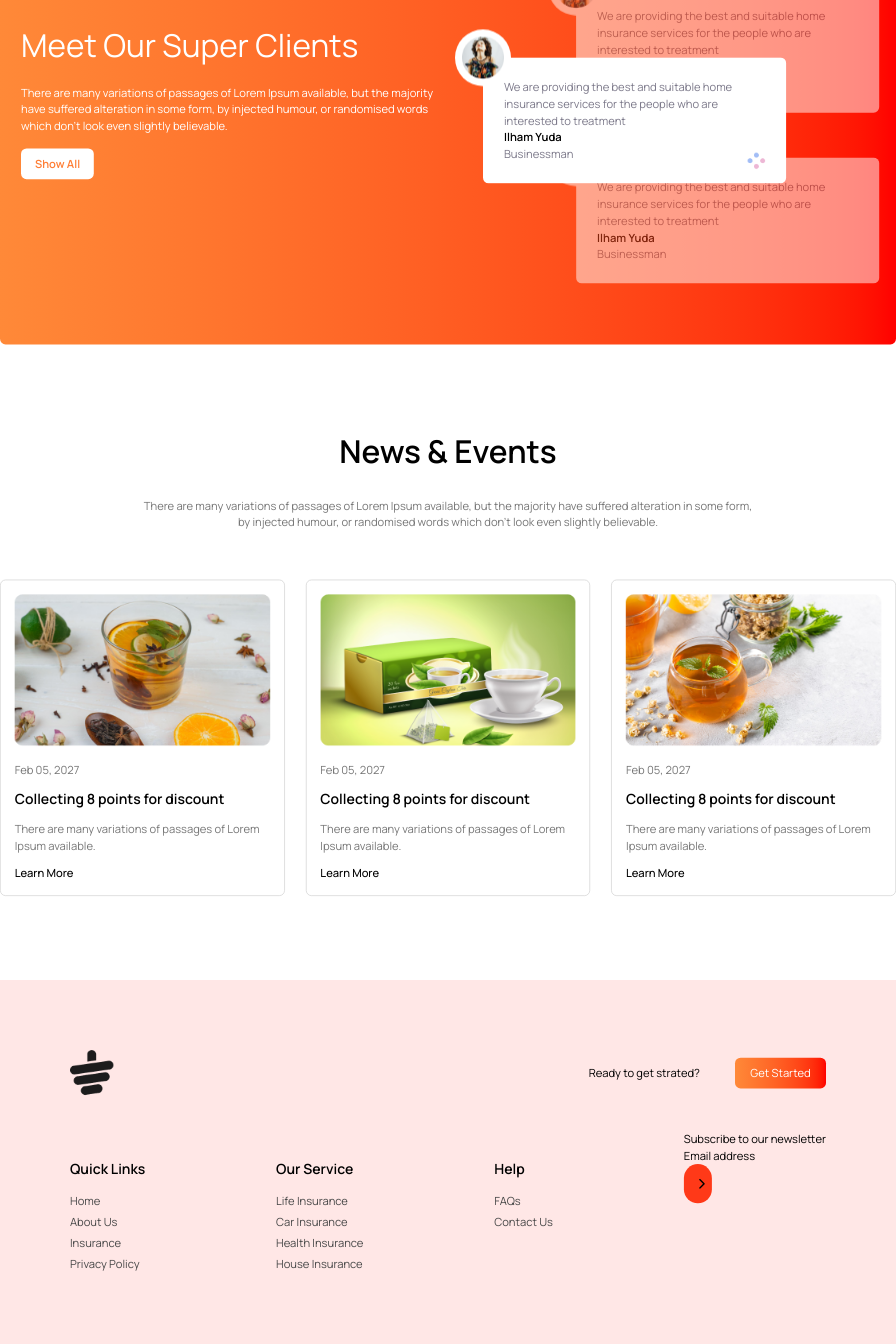
Repository: nahid-hasann/website-9
Page: index.html
These files come from the project's save history. The page is drawn as it stood at one moment and after a run of saves; the edit follows.
The browser window is 1280 px wide. The pictures show the part of the page from y = 2210 to 4130 px (the page is 4130 px tall), at 70% of full size.
Some web libraries are served in a nearby version.

Above is the page before, as saved 2025-08-17 21:44:14.

### index.html
<!DOCTYPE html>
<html lang="en">
<head>
    <meta charset="UTF-8">
    <meta name="viewport" content="width=device-width, initial-scale=1.0">
    <title>Tea House</title>
    <script src="https://cdn.jsdelivr.net/npm/@tailwindcss/browser@4"></script>
    <link rel="stylesheet" href="style.css">
    <link rel="stylesheet" href="https://cdnjs.cloudflare.com/ajax/libs/font-awesome/7.0.0/css/all.min.css" integrity="sha512-DxV+EoADOkOygM4IR9yXP8Sb2qwgidEmeqAEmDKIOfPRQZOWbXCzLC6vjbZyy0vPisbH2SyW27+ddLVCN+OMzQ==" crossorigin="anonymous" referrerpolicy="no-referrer" />

</head>
<body class="manrope-font">

<section class="banner-main-section max-w-[1300px]  flex flex-col md:flex-row  mx-auto  justify-between items-center">
    <div class="left-div">
        <h1 class="md:text-[80px] font-semibold text-[40px]">It's good <br> tea time at The <br> Tea House</h1>
        <p class="text-[18px] text-[#777777]">Tea and Botanical Solutions Supplier Give Optimum <br> Satisfaction To Your Taste Buds.</p>
        <button class="bg-[#ff2710] text-[#fff3f1] btn-1 bg-gradient-to-r from-[#FF8938] to-[#FF0000]">Explor More <i class="fa-solid fa-arrow-right -rotate-45"></i> </button>
    </div>
    <div class="right-div relative">
        <img src="images/banner.png" alt="">
        <div class="ratting bg-[#ffffff] shadow-2xl flex gap-2 items-center w-[230px] justify-center py-[15px] absolute bottom-[25px] left-[110px] rounded-[8px]">
              <div>
                <i class="fa-solid fa-star text-yellow-500 text-[23px]"></i>
              </div>
              <div>
                <h1 class="font-bold text-[23px]">5.00</h1>
                <p class="text-[#777777]">Trust Pilot Ratings</p>
              </div>
        </div>
    </div>
</section>

<section class="featured-section max-w-[1300px]  mx-auto my-[120px]">
     <div class="futured-text">
         <h1 class="md:text-[45px] text-[30px] font-semibold text-center">Our Featured Products</h1>
         <p class="text-[16px] text-[#777777] text-center my-[20px] md:w-[900px] mx-auto">There are many variations of passages of Lorem Ipsum available, but the majority have suffered alteration in some form, by injected humour, or randomised words which don't look even slightly believable. </p>
     </div>
     <div class="product-card flex flex-col md:flex-row gap-[30px] justify-center items-center ">
        <div class="card">
             <img src="images/tea-1.png" alt="">
             <h1>Milk Tea</h1>
             <p>Creamer could be replaced by fresh milk</p>
        </div>
        <div class="card">
             <img src="images/tea-2.png" alt="">
             <h1>Black Tea</h1>
             <p>Creamer could be replaced by fresh milk</p>
        </div>
        <div class="card">
             <img src="images/tea-3.png" alt="">
             <h1>Lemon Tea</h1>
             <p>Creamer could be replaced by fresh milk</p>
        </div>
        <div class="card">
             <img src="images/tea-4.png" alt="">
             <h1>Green Tea</h1>
             <p>Creamer could be replaced by fresh milk</p>
        </div>
     </div>
</section>

<section class="great-tea-section max-w-[1300px] mx-auto mb-[120px]">
    <div class="great-tea-main-section flex flex-col justify-center items-center md:flex-row gap-[50px]">
        <div class="div-left grid grid-cols-1 md:grid-cols-2  grid-rows-3 gap-[50px] max-w-[50%] ">
             <div class="grid-layout  bg-gradient-to-r from-[#ffe7e6] to-[#fff3eb] rounded-lg"></div>
             <div class="grid-layout row-span-2 bg-[#eef1eb] p-5 flex justify-center items-center rounded-lg">
                <img src="images/fresh-2.png" alt=""></div>
             <div class="grid-layout row-span-2 bg-[#fcf6e9] p-5 flex justify-center items-center rounded-lg" >
                <img src="images/fresh-1.png" alt=""></div>
             <div class="grid-layout bg-gradient-to-r from-[#D9D9D9] to-[#FFFFFF] rounded-lg"></div>
        </div>
        <div class="div-right max-w-[50%]">
           <h1 class="text-[45px] font-semibold text-center md:text-left">Great Tea, Freshly <br> Presented</h1>
           <p class="text-[16px] text-[#777777] my-[17px] text-center md:text-left">The meaning of gong cha is chanese is to provide the best tea to emperor from all possessions . It represents the highest quality and self expectation. Establishing in 2006, Gong cha had been deeply appreciated by its custoers  because of good words of mouth and unique customized service orginated from Taiwan.</p>
           <h4 class="text-[20px ] font-semibold mb-[14px] text-center md:text-left">Unique Taste</h4>
           <p class="mb-[17px] text-[#777777] text-center md:text-left">A Unique and different style from other teapots gives a <br> luxurious and minimalist impression</p>
           <h4 class="text-[20px ] font-semibold mb-[14px] text-center md:text-left">Premium Quality</h4>
           <p class="text-[#777777] text-center md:text-left">Premium Quality that makes tea more elegant and more <br> durable when you use it.</p>
        </div>
    </div>
</section>

<section class="review-section max-w-[1300px] bg-gradient-to-r from-[#FF8938] to-[#FF0000] mx-auto p-[30px] rounded-lg mb-[120px]  md:max-h-[650px] h-[1000px]">
     <div class="review-section-main-div grid grid-cols-1 md:grid-cols-2 ">
        <div class="left-review-text md:my-[160px] my-[20px]">
         <h1 class=" text-[45px] text-white md:text-left text-center">Meet Our Super Clients</h1>
         <p class="text-[16px] text-white my-[30px] md:my-[20px] md:text-left text-center">There are many variations of passages of Lorem Ipsum available, but the majority have suffered alteration in some form, by injected humour, or randomised words which don't look even slightly believable. </p>
         <button class="btn-2 bg-white text-[#ff7d33] py-[10px] px-[20px] rounded-lg font-semibold md:ml-0 ml-[155px]"> Show All </button>
        </div>
        <div class="right-review-card relative grid items-center justify-center">
            <div class="review-card bg-white p-[30px] top-[210px]  left-[50px] md:max-w-[433px]  w-[70vw] absolute grid justify-center items-center rounded-lg z-999">
                <p class="text-[#7c798a]">We are providing the best and suitable home insurance services for the people who are interested to treatment</p>
            <h4 class="font-semibold">Ilham Yuda</h4>
            <p class="text-[#7c798a]">Businessman</p>
            <div class="review-img absolute -top-[40px] -left-[40px] bg-white p-[10px] rounded-[50%]">
                <img src="images/client.png" alt="">
            </div>
            <img src="images/circles.png" class="absolute right-[30px] bottom-[20px]" alt="">
            </div>
            <div class="review-card bg-white p-[30px] md:max-w-[433px] w-[70vw]  absolute grid justify-center items-center rounded-lg md:top-[20%] md:left-[30%] opacity-[0.5] top-[-40px] left-[100px]">
                <p class="text-[#7c798a]">We are providing the best and suitable home insurance services for the people who are interested to treatment</p>
            <h4 class="font-semibold">Ilham Yuda</h4>
            <p class="text-[#7c798a]">Businessman</p>
            <div class="review-img absolute -top-[40px] -left-[40px] bg-white p-[10px] rounded-[50%]">
                <img src="images/client.png" alt="">
            </div>
            </div>
            <div class="review-card bg-white p-[30px] md:max-w-[433px] w-[70vw]  absolute grid justify-center items-center rounded-lg md:top-[65%] md:left-[30%] opacity-[0.5] top-[310px] left-[100px]">
                <p class="text-[#7c798a]">We are providing the best and suitable home insurance services for the people who are interested to treatment</p>
            <h4 class="font-semibold">Ilham Yuda</h4>
            <p class="text-[#7c798a]">Businessman</p>
            <div class="review-img absolute -top-[40px] -left-[40px] bg-white p-[10px] rounded-[50%]">
                <img src="images/client.png" alt="">
            </div>
            </div>
        </div>
     </div>
</section>

<section class="new-events-section mb-[120px] max-w-[1300px] mx-auto">
    <h1 class="md:text-[45px] text-[30px] text-center font-semibold">News & Events</h1>
    <p class="text-[#777777] text-center mt-[30px] mb-[70px] ">There are many variations of passages of Lorem Ipsum available, but the majority have suffered alteration in some form, <br> by injected humour, or randomised words which don't look even slightly believable. </p>
    <div class="new-events-card grid grid-cols-1 md:grid-cols-3 gap-[30px] justify-center items-center md:p-0 p-[20px]">
        <div class="cards bg-[#ffffff] border border-[#D2D2D2] p-[20px]  rounded-lg">
            <img src="images/news-2.png" class="w-full" alt="">
            <p class="text-[#777777] mt-[22px]">Feb 05, 2027</p>
            <h1 class="text-[20px] font-semibold my-[15px]">Collecting 8 points for discount</h1>
            <p class="mb-[15px] text-[#777777]">There are many variations of passages of Lorem Ipsum available.</p>
            <p class="font-medium">Learn More</p>
        </div>
          <div class="cards bg-[#ffffff] border border-[#D2D2D2] p-[20px] grid grid-cols-1  justify-center items-center rounded-lg ">
            <img src="images/news-1.png" class="w-full" alt="">
            <p class="text-[#777777] mt-[22px]">Feb 05, 2027</p>
            <h1 class="text-[20px] font-semibold my-[15px]">Collecting 8 points for discount</h1>
            <p class="mb-[15px] text-[#777777]">There are many variations of passages of Lorem Ipsum available.</p>
            <p class="font-medium">Learn More</p>
        </div>
         <div class="cards bg-[#ffffff] border border-[#D2D2D2] p-[20px] grid grid-cols-1  justify-center items-center rounded-lg ">
            <img src="images/news-3.png" class="w-full" alt="">
            <p class="text-[#777777] mt-[22px]">Feb 05, 2027</p>
            <h1 class="text-[20px] font-semibold my-[15px]">Collecting 8 points for discount</h1>
            <p class="mb-[15px] text-[#777777]">There are many variations of passages of Lorem Ipsum available.</p>
            <p class="font-medium">Learn More</p>
        </div>
    </div>
</section>

<footer class="bg-[#ffe7e6] p-[100px]">
    <div class="footer-1 flex flex-col md:flex-row justify-between items-center w-[100%] md:max-w-[1200px] md:mx-auto">
       <img src="images/cup.png" class="w-[62px] mb-[30px] md:mb-0" alt="">
        <div class="footer-right-text flex flex-col md:flex-row items-center justify-center gap-4 md:gap-[50px]">
            <p>Ready to get strated?</p>
            <button class="btn-3 bg-gradient-to-r from-[#FF8938] to-[#FF0000] py-[10px] px-[22px] rounded-lg text-white">Get Started</button>
        </div>
    </div>
    <div class="footer-2  w-[100%] md:max-w-[1200px] md:mx-auto flex flex-col md:flex-row justify-between mt-[50px]">
        <div class="footer-text-1 mt-[40px]">
            <h5 class="font-semibold text-[20px]">Quick Links</h5>
            <ul>
                <li>Home</li>
                <li>About Us</li>
                <li>Insurance</li>
                <li>Privacy Policy</li>
            </ul>
        </div>
        <div class="footer-text-1 mt-[40px]">
            <h5 class="font-semibold text-[20px]">Our Service</h5>
            <ul>
                <li>Life Insurance</li>
                <li>Car Insurance</li>
                <li>Health Insurance</li>
                <li>House Insurance</li>
            </ul>
        </div>
         <div class="footer-text-1 mt-[40px]">
            <h5 class="font-semibold text-[20px]">Help</h5>
            <ul>
                <li>FAQs</li>
                <li>Contact Us</li>
            </ul>
        </div>
        <div>
            <h1>Subscribe to our newsletter</h1>
            <div class="emil-adress">
                <p>Email address</p>
                <i class="fa-solid fa-chevron-right bg-[#ff3918] px-[20px] py-[20px] rounded-full"></i>
            </div>
        </div>

    </div>
</footer>





<script>
  if ('scrollRestoration' in history) {
    history.scrollRestoration = 'manual';
  }
  window.addEventListener('beforeunload', () => {
    localStorage.setItem('scrollX', String(window.scrollX));
    localStorage.setItem('scrollY', String(window.scrollY));
  });
  window.addEventListener('load', () => {
    const x = Number(localStorage.getItem('scrollX') || 0);
    const y = Number(localStorage.getItem('scrollY') || 0);
    window.scrollTo(x, y);
  });
</script>
</body>
</html>

### style.css
@import url('https://fonts.googleapis.com/css2?family=Manrope:wght@200..800&display=swap');


.manrope-font{
    font-family: "Manrope", sans-serif;
}

.banner-main-section{
    margin: 120px auto;
}

.left-div p{
    margin: 30px 0;
}

.btn-1{
    padding: 10px 22px;
    border-radius: 7px;
}

.card{
    background-color: #f8f8f8;
    display: flex;
    flex-direction: column;
    justify-content: center;
    align-items: center;
    padding: 20px 20px;
    border-radius: 7px;
    margin-top: 50px;
}

.card h1{
    font-size: 25px;
    font-weight: 600;
    margin-top: 14px;
}

.card p{
    font-size: 16px;
    color: #777777;
    text-align: center;
}


.footer-2 ul{
    margin-top: 15px;
    line-height: 30px;
}
.footer-2 ul li{
     font-size: 16px;
     color: #494949;
}

After the next 2 saves:
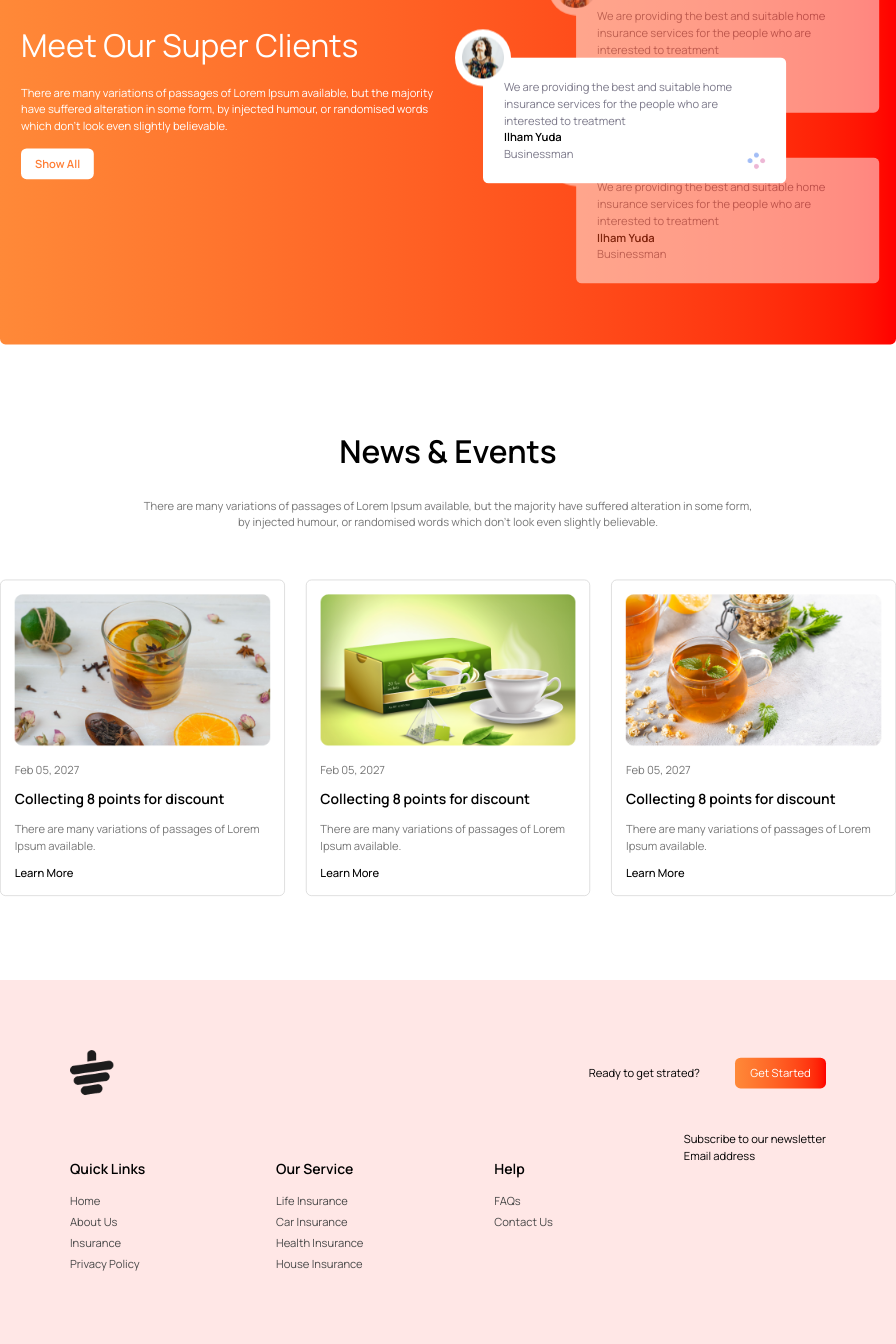
The 2 saves are shown as one change because they came seconds apart.
The last was saved 2 min 20 s later.
--- a/index.html
+++ b/index.html
@@ -184,7 +184,9 @@
             <h1>Subscribe to our newsletter</h1>
             <div class="emil-adress">
                 <p>Email address</p>
-                <i class="fa-solid fa-chevron-right bg-[#ff3918] px-[20px] py-[20px] rounded-full"></i>
+                <button>
+
+                </button>
             </div>
         </div>
 
